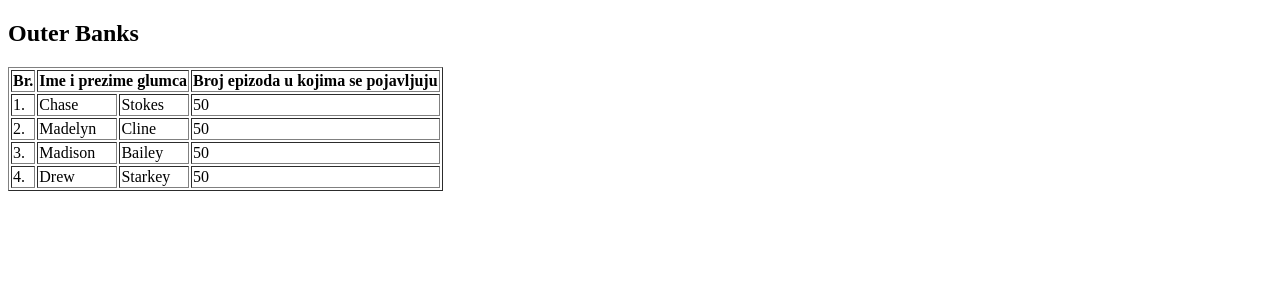
Repository: larabiondic/wp_biondic_lara
Page: Domace zadace/Zadaća.2.html
An editor plug-in stored every save of this project. The page is shown before and after the next save, followed by the edit.
The browser window is 1280 px wide. The pictures show the whole page.

Above is the page before, as saved 2025-11-03 20:10:29.

### Domace zadace/Zadaća.2.html
<!DOCTYPE html>
<html lang="en">
<head>
    <meta name="viewport" content="width=device-width, initial-scale=1.0">
    <meta name="description" content="Zadaća 2.">
    <meta name="keywords" content="HTML, CSS, JavaScript">
    <meta name="author" content="Lara Biondić">
    <title>Zadaća 2.</title>
</head>
<body>
    <h2>Outer Banks</h2>
    <table border="1">
        <tr>
            <th>Br.</th>
            <th colspan="2">Ime i prezime glumca</th>
            <th>Broj epizoda u kojima se pojavljuju</th>
        </tr>
        <tr>
            <td>1.</td>
            <td>Chase</td>
            <td>Stokes</td>
            <td>50</td>
        </tr>
        <tr>
            <td>2.</td>
            <td>Madelyn</td>
            <td>Cline</td>
            <td>50</td>
        </tr>
        <tr>
            <td>3.</td>
            <td>Madison</td>
            <td>Bailey</td>
            <td>50</td>
        </tr>
        <tr>
            <td>4.</td>
            <td>Drew</td>
            <td>Starkey</td>
            <td>50</td>
        </tr>

    </table>
</body>
</html>

After the next save:
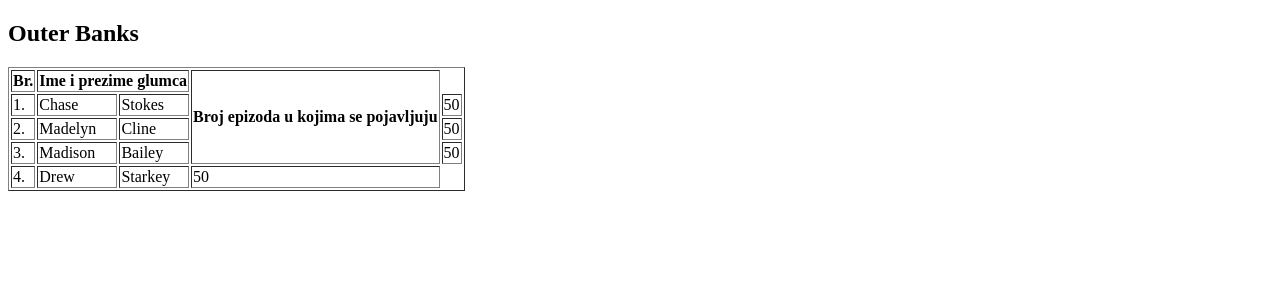
Saved 23 s later.
--- a/Domace zadace/Zadaća.2.html
+++ b/Domace zadace/Zadaća.2.html
@@ -13,7 +13,7 @@
         <tr>
             <th>Br.</th>
             <th colspan="2">Ime i prezime glumca</th>
-            <th>Broj epizoda u kojima se pojavljuju</th>
+            <th rowspan="4">Broj epizoda u kojima se pojavljuju</th>
         </tr>
         <tr>
             <td>1.</td>
